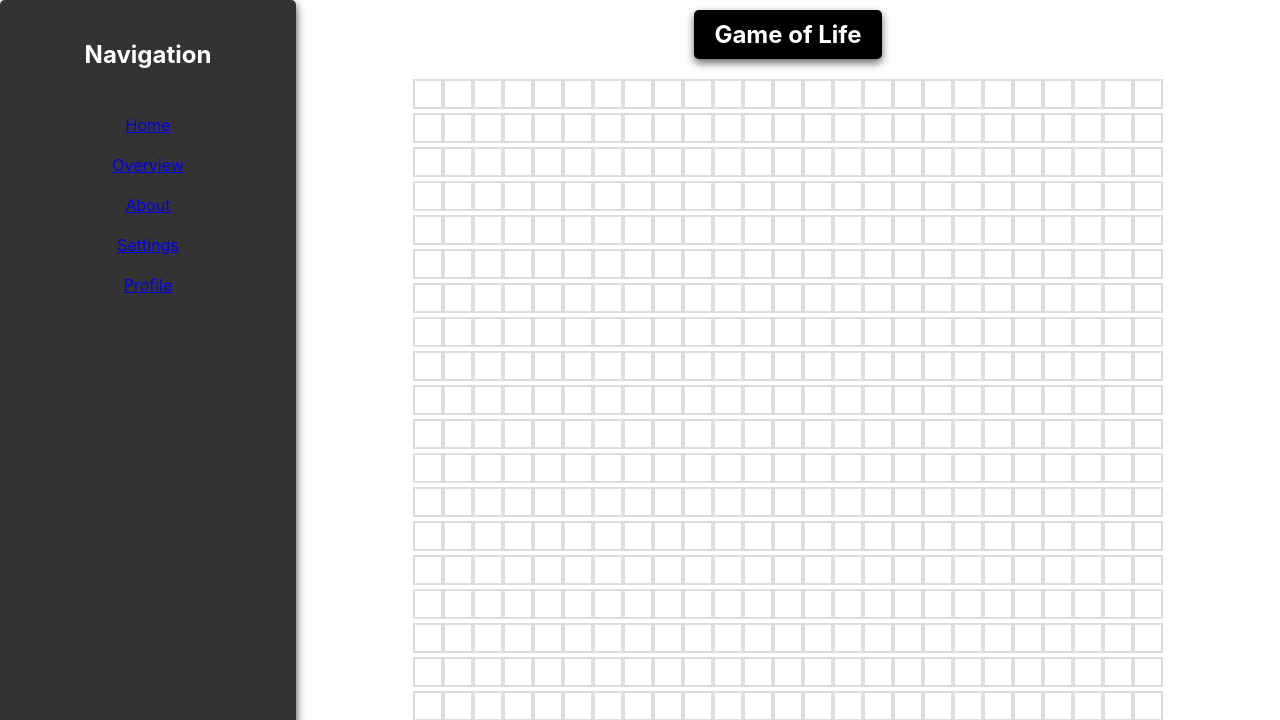
Repository: MarioDiekmann/GameOfLife
Page: /
These files come from the project's save history. The page is drawn as it stood at one moment and after the next save; the edit follows.
The browser window is 1280 px wide. The pictures show the whole page.
An inner scrolling area shows only its first screen. The project was rebuilt for these pictures with package versions that can differ from the ones it lists, and the page was loaded fresh each time. Also part of the build but not shown: src/components/InputForm.js, src/components/LoadPatternForm.js, src/components/RegistrationForm.js, src/components/LoginForm.js, src/pages/Overview.js.

Above is the page before, as saved 2024-11-06 22:51:42.

### src/App.js
import React from 'react';
import { BrowserRouter as Router, Route, Routes } from 'react-router-dom';
import Game from './components/Game';
import Overview from './pages/Overview';
import './App.css';
import {AuthProvider} from './AuthContext';


function App() {
  return (
    <AuthProvider>
    <Router>
      <div className="App">
        <Routes>
          <Route path="/" element={<Game/>} />
          <Route path="/Overview" element={<Overview/>} />
        </Routes>
      </div>
    </Router>
    </AuthProvider>
  );
}

export default App;

### src/components/Game.js
import React, { useState, useEffect, useCallback, useRef, useContext } from "react";
import Cell from "./Cell";
import axios from "axios";
import InputForm from "./InputForm";
import './Game.css';
import NavBar from "./NavBar";
import LoadPatternForm from "./LoadPatternForm";
import RegistrationForm from "./RegistrationForm";
import LoginForm from "./LoginForm";
import { AuthContext } from '../AuthContext';

const Game = () => {
    const startingsize = 25;
    const [size, setSize] = useState(startingsize);
    const [epochs, setEpochs] = useState(0);
    const [isEvolving, setIsEvolving] = useState(false);
    const [initialPattern, setInitialPattern] = useState([]);
    const [numResizes, setNumResizes] = useState(0);


    const [isFormVisible, setIsFormVisible] = useState(false); // State to control form visibility
    const [patternRequested, setPatternRequested] = useState(false);
    const [registrationRequested, setRegistrationRequested] = useState(false);
    const [loginRequested, setLoginRequested] = useState(false);
    const initGrid = () => Array.from({ length: size }, () => Array(size).fill(false));
    const [grid, setGrid] = useState(initGrid());
    const [tokenPresent, setTokenPresent] = useState(false);

    const previousGridRef = useRef(grid); // Reference to hold the previous grid

    const { isTokenExpired, handleLogout, token } = useContext(AuthContext);

    useEffect(() => {
        if (isTokenExpired || !token) {
            setTokenPresent(false);
            if (isTokenExpired) {
                alert("Your session has expired. Please log in again.");
                handleLogout();
            }
        } else {
            setTokenPresent(true);
        }
    }, [isTokenExpired, token, handleLogout]);

    const toggleCellState = (row, col) => {
        setGrid(prevGrid => {
            const newGrid = prevGrid.map((r, i) =>
                r.map((cell, j) => (i === row && j === col ? !cell : cell))
            );
            return newGrid;
        });
    };

    const resetGrid = () => {
        setIsEvolving(false);
        setEpochs(0);
        setSize(prevSize => {
            const newGrid = Array.from({ length: startingsize }, () => Array(startingsize).fill(false));
            setGrid(newGrid);
            setInitialPattern(newGrid);
            setNumResizes(0);
            return startingsize;
        });
    };

    const renderGrid = () => {
        return grid.map((row, rowIndex) => (
            <div key={rowIndex} className="row">
                {row.map((cell, colIndex) => (
                    <Cell
                        key={`${rowIndex}-${colIndex}`}
                        isAlive={cell}
                        onClick={() => toggleCellState(rowIndex, colIndex)}
                        numResizes = {numResizes}
                    />
                ))}
            </div>
        ));
    };

    const countNeighboursAlive = useCallback((row, col) => {
        let count = 0;
        for (let i = row - 1; i <= row + 1; i++) {
            for (let j = col - 1; j <= col + 1; j++) {
                if ((i >= 0 && i < size) && (j >= 0 && j < size) && !(i === row && j === col)) {
                    count += grid[i][j] ? 1 : 0;
                }
            }
        }
        return count;
    }, [grid, size]);

    const updateGrid = useCallback(() => {
        let newGrid = grid.map((row, rowIndex) =>
            row.map((cell, colIndex) => {
                const gridCount = countNeighboursAlive(rowIndex, colIndex);
                return cell ? gridCount === 2 || gridCount === 3 : gridCount === 3;
            })
        );
        setGrid(newGrid);
        return newGrid;
    }, [countNeighboursAlive, grid]);

    const saveInitialPattern = () => {
        const deepCopy = grid.map(row => row.slice());
        setInitialPattern(deepCopy); // Save current grid as the initial pattern
    };

    const checkEdges = useCallback(() => {
        const indicesAlive = [];
        // Check upper, right, lower, and left edges
        for (let col = 0; col < size - 2; col++) {
            if (grid[0][col] && grid[0][col + 1] && grid[0][col + 2]) {
                indicesAlive.push([0, col + 1]);
                indicesAlive.push([-1, col + 1]);
            }
        }
        for (let row = 0; row < size - 2; row++) {
            if (grid[row][size - 1] && grid[row + 1][size - 1] && grid[row + 2][size - 1]) {
                indicesAlive.push([row + 1, size - 1]);
                indicesAlive.push([row + 1, size]);
            }
        }
        for (let col = size - 1; col > 1; col--) {
            if (grid[size - 1][col] && grid[size - 1][col - 1] && grid[size - 1][col - 2]) {
                indicesAlive.push([size - 1, col - 1]);
                indicesAlive.push([size, col - 1]);
            }
        }
        for (let row = size - 1; row > 1; row--) {
            if (grid[row][0] && grid[row - 1][0] && grid[row - 2][0]) {
                indicesAlive.push([row - 1, 0]);
                indicesAlive.push([row - 1, -1]);
            }
        }
        return indicesAlive;
    }, [grid, size]);

    const expandGrid = useCallback((indicesAlive) => {
        setGrid(prevGrid => {
            const newSize = 2 * size; // Double the size
            setNumResizes(prev => prev + 1);
            const newGrid = Array.from({ length: newSize }, () => Array(newSize).fill(false));

            // Calculate the offset to center the old grid in the new one
            const rowOffset = Math.floor((newSize - size) / 2);
            const colOffset = Math.floor((newSize - size) / 2);

            // Copy the existing grid to the center of the new grid
            for (let row = 0; row < size; row++) {
                for (let col = 0; col < size; col++) {
                    if (prevGrid[row][col]) {
                        newGrid[row + rowOffset][col + colOffset] = true; // Copy with offsets
                    }
                }
            }

            // Handle indicesAlive and place the alive cells correctly
            for (const [row, col] of indicesAlive) {
                let newRow = row;
                let newCol = col;

                // Adjust row and col if they are outside the original grid
                if (row === -1) newRow = rowOffset - 1;
                if (col === -1) newCol = colOffset - 1;

                newRow += rowOffset;
                newCol += colOffset;

                // Make sure the calculated newRow and newCol are within bounds
                if (newRow >= 0 && newRow < newSize && newCol >= 0 && newCol < newSize) {
                    newGrid[newRow][newCol] = true;  // Mark the cell as alive in the new grid
                }
            }

            setSize(newSize);  // Update size to the new expanded size
            return newGrid;
        });
    }, [size]);

    const runEpoch = useCallback(() => {
        const prevGrid = previousGridRef.current;
        const newGrid = updateGrid();

        const gridsAreEqual = prevGrid.every((row, i) =>
            row.every((cell, j) => cell === newGrid[i][j])
        );

        if (gridsAreEqual) {
            setIsEvolving(false);
            alert("You reached a stillstand");
            return true;
        }

        const indicesAlive = checkEdges(); // Check if we need to expand the grid
        if (indicesAlive.length !== 0) {
            expandGrid(indicesAlive);
        }

        setEpochs(prevEpochs => prevEpochs + 1);
        previousGridRef.current = newGrid;
        return false;
    }, [checkEdges, expandGrid, updateGrid]);

    useEffect(() => {
        if (!isEvolving) return;

        const maxEpochs = 1000;
        let updatedEpochs = 0;

        const interval = setInterval(() => {
            if (updatedEpochs < maxEpochs) {
                const stillstand = runEpoch();
                if (stillstand) {
                    clearInterval(interval);
                }
                updatedEpochs++;
            } else {
                setIsEvolving(false);
                clearInterval(interval);
            }
        }, 2000);

        return () => clearInterval(interval);
    }, [isEvolving, runEpoch]);

    const startEvolution = () => {
        previousGridRef.current = grid;
        saveInitialPattern();
        setIsEvolving(!isEvolving);

    };

    const stopEvolution = () => {
        previousGridRef.current = grid;
        setIsEvolving(!isEvolving);
    };

    const retrievePattern = (pattern)=>{
        initGrid();
        setGrid(pattern);
        setInitialPattern(pattern);
        setEpochs(0);
        setIsEvolving(false);
        setPatternRequested(false);
    }

    const closeForm = () => {
        setIsFormVisible(false); // Close the save pattern form
        setPatternRequested(false); // Close the retrieve pattern form
        setRegistrationRequested(false); // Close the registration form
        setLoginRequested(false); // Close the login form
    };

    const closeLogin = () => {
        setLoginRequested(false); // Close the login form
        window.location.reload();
    };

    const makeFormVisible = () => {
        saveInitialPattern();                                       //now does it work wiout start evolution???
        setIsFormVisible(true); // Show the form to save pattern
    };

    const makeRequestVisible = () => {
        setPatternRequested(true); // Show the form to retrieve pattern
    };

    const makeRegistrationVisible = () => {
        setRegistrationRequested(true); // Show the form to register
    };

    const makeLoginVisible = () => {
        if(token){
            handleLogout();
        }
        else{
        setLoginRequested(true)}; // Show the form to log in

    };

    return (
        <div style={{ display: 'flex', height: '100vh' }}>
            <NavBar />
            <div style={{ flexGrow: 1, display: 'flex', flexDirection: 'column', alignItems: 'center' }}>
                <div className="banner">
                    <h1>Game of Life</h1>
                </div>
                <br />

                {renderGrid()}
                <div className="button-container">
    <button className="button" onClick={isEvolving ? stopEvolution : startEvolution}>
        {isEvolving ? "Stop Evolution" : "Start Evolution"}
    </button>
    <button className="button reset-btn" onClick={resetGrid}>Reset Grid</button>
    {/*<div>EPOCHS: {epochs}</div>*/}
    <button className="button" onClick={makeFormVisible} disabled={!tokenPresent}>Save Pattern</button>
    <button className="button" onClick={makeRequestVisible} disabled={!tokenPresent}> Retrieve Pattern</button>
    <button className="button" onClick={makeRegistrationVisible}>Register</button>
    <button className="button" onClick={makeLoginVisible}>{token ? "Logout" : "Login"}</button>
</div>


                {/* Show the form conditionally */}
                {isFormVisible && (
                    <div className="popup-overlay">
                        <div className="popup-content">
                            <InputForm pattern={initialPattern} onSubmit={closeForm} />
                        </div>
                    </div>
                )}
                {patternRequested && (
                    <div className="popup-overlay">
                        <div className="popup-content">
                            <LoadPatternForm onSubmit={closeForm} dataHandling={retrievePattern}  />
                        </div>
                    </div>
                )}
                {registrationRequested && (
                    <div className="popup-overlay">
                        <div className="popup-content">
                            <RegistrationForm onSubmit={closeForm} />
                        </div>
                    </div>
                )}
                {loginRequested && (
                    <div className="popup-overlay">
                        <div className="popup-content">
                            <LoginForm onSubmit={closeLogin} />
                        </div>
                    </div>
                )}
            </div>
        </div>
    );
};

export default Game;

### src/components/Cell.js
import React, { useEffect, useState } from 'react';
import './Cell.css';

const Cell = ({ isAlive, onClick, numResizes }) => {
  const [cellSize, setCellSize] = useState(0);

  useEffect(() => {
    // Update cell size based on screen width and height
    const updateCellSize = () => {
      const screenWidth = window.innerWidth;
      const screenHeight = window.innerHeight;

      // Calculate the number of cells that can fit horizontally and vertically
      const cellsPerRow = Math.floor(screenWidth / 30);
      const cellsPerColumn = Math.floor(screenHeight / 30);

      // Choose the smaller of the two values to ensure the grid fits within the screen
      const screenCellSize = Math.min(screenWidth / cellsPerRow, screenHeight / cellsPerColumn);

      // Apply resizing logic with numResizes
      const finalCellSize = screenCellSize / Math.pow(2, numResizes);

      setCellSize(finalCellSize);
    };

    // Call once on mount and whenever the window is resized
    updateCellSize();
    window.addEventListener('resize', updateCellSize);

    return () => {
      window.removeEventListener('resize', updateCellSize);
    };
  }, [numResizes]);

  return (
    <div
      className={`cell ${isAlive ? 'alive' : 'dead'}`}
      onClick={onClick}
      style={{
        width: `${cellSize}px`,
        height: `${cellSize}px`,
      }}
    ></div>
  );
};

export default Cell;

### src/components/Game.css
/* Ensures the Game component fills the viewport */
html, body {
    height: 100%;
    margin: 0;
    overflow: hidden;
}

#root, .Game-container {
    height: 100%;
    display: flex;
    flex-direction: column;
}

/* Center content and ensure full-screen fit */
.button-container {
    display: flex;
    justify-content: center;
    margin-top: 10px;
    flex-wrap: wrap;
}

/* Banner styling */
.banner {
    background-color: black;
    padding: 10px 20px;
    text-align: center;
    box-shadow: 0 4px 8px rgba(0, 0, 0, 0.6);
    border-radius: 5px;
    margin-top: 10px;
}

.banner h1 {
    color: white;
    font-size: 2.5em;
    text-shadow: 2px 2px 5px rgba(0, 0, 0, 0.8);
    margin: 0;
}

/* Button styling */
.button {
    background-color: black;
    color: white;
    padding: 10px 20px;
    border: none;
    border-radius: 5px;
    cursor: pointer;
    margin: 5px;
    text-shadow: 2px 2px 5px rgba(0, 0, 0, 0.8);
    transition: background-color 0.3s ease;
}

.button:hover {
    background-color: #333;
}

.button:disabled {
    background-color: #ccc;
    color: #666;
    cursor: not-allowed;
}

/* Overlay for modals */
.popup-overlay {
    position: fixed;
    top: 0;
    left: 0;
    width: 100vw;
    height: 100vh;
    background: rgba(0, 0, 0, 0.5);
    display: flex;
    justify-content: center;
    align-items: center;
    z-index: 1000;
}

.popup-content {
    background: white;
    padding: 20px;
    border-radius: 8px;
    box-shadow: 0 4px 8px rgba(0, 0, 0, 0.1);
    width: 300px;
}

/* Responsive adjustments */
@media (max-height: 600px) {
    .banner h1 {
        font-size: 2em;
    }
    .button {
        padding: 8px 16px;
        font-size: 0.9em;
    }
}

### src/components/NavBar.js
import React from 'react';
import { Link } from 'react-router-dom';
import './NavBar.css';

const NavBar = () => {
    const navItems = [
        { name: "Home", path: "/" },
        { name: "Overview", path: "/Overview" },
        { name: "About", path: "/about" },
        { name: "Settings", path: "/settings" },
        { name: "Profile", path: "/profile" },
    ];

    return (
        <div className="navbar">
            <h2>Navigation</h2>
            <ul>
                {navItems.map((item, index) => (
                    <li key={index}>
                        <Link to={item.path}>{item.name}</Link>
                    </li>
                ))}
            </ul>
        </div>
    );
};

export default NavBar;

### src/pages/Overview.css
/* Overview.css */
.overview-container {
    display: flex;
    height: 100vh;
}

.navbar {
    width: 20%;
    background-color: #333;
    color: #fff;
    display: flex;
    flex-direction: column;
    align-items: center;
    padding-top: 20px;
    min-height: 100%;
}

.content {
    flex: 1;
    display: flex;
    flex-direction: column;
    align-items: center;
    padding: 20px;
}

.banner h1 {
    color: white;
    font-size: 1.5em;
    text-shadow: 1px 1px 2px rgba(0, 0, 0, 0.5);
    margin: 0;
}

.text-content {
    margin-top: 20px;
    color: #333;
    text-align: center;
    font-size: 1.2em;
}

### src/components/Cell.css
.cell {
  display: inline-flex; /* Align cells next to each other */
  border: 2px solid #ddd;
  box-sizing: border-box; /* Ensure padding and border are included in width/height */
  transition: background-color 0.3s;
}

.cell.alive {
  background-color: black; /* Green for living cells */
}

.cell.dead {
  background-color: white; /* Red for dead cells */
}

### src/components/NavBar.css
.navbar {
    background-color: black;            /* Black background */
    color: white;                       /* White text color */
    padding: 20px;                      /* Padding around the content */
    width: 200px;                       /* Set width for the navbar */
    box-shadow: 0 4px 10px rgba(0, 0, 0, 0.8); /* Add shadow */
    border-radius: 5px;                /* Rounded corners */
    height: 100%;                       /* Full height */
}

.navbar h2 {
    text-align: center;                 /* Center header text */
    margin-bottom: 20px;                /* Space below the header */
}

/* Other styles remain unchanged */


.navbar ul {
    list-style-type: none;              /* Remove default list styles */
    padding: 0;                         /* Remove padding */
}

.navbar li {
    padding: 10px;                      /* Padding for each item */
    cursor: pointer;                    /* Pointer cursor on hover */
    text-align: center;                 /* Center text */
    transition: background-color 0.3s;  /* Smooth background change */
}

.navbar li:hover {
    background-color: #444;             /* Change background on hover */
}

Loaded but not shown: public/index.html (common file); src/index.js (common file); src/index.css (common file); src/reportWebVitals.js (common file); src/App.css (common file); src/AuthContext.js (83 lines, source omitted)

After the next save:
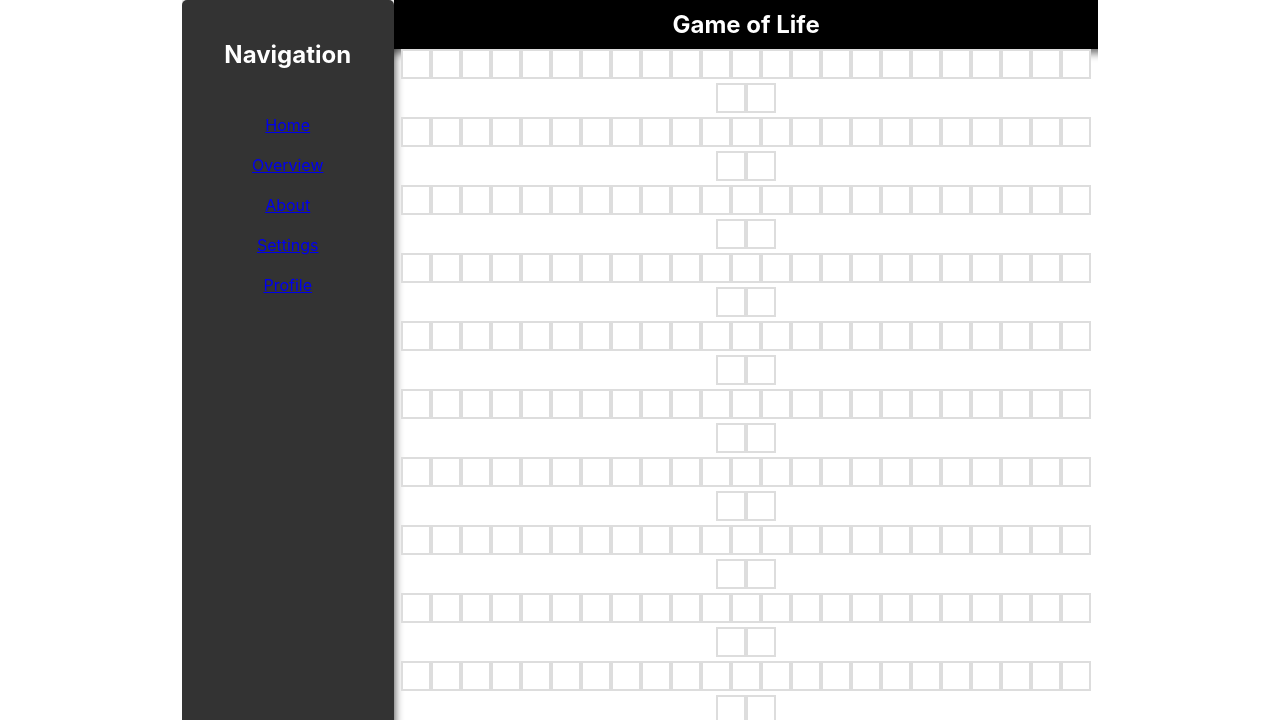
Saved 4 min 6 s later.
--- a/src/components/Game.js
+++ b/src/components/Game.js
@@ -282,27 +282,25 @@ const Game = () => {
     return (
         <div style={{ display: 'flex', height: '100vh' }}>
             <NavBar />
-            <div style={{ flexGrow: 1, display: 'flex', flexDirection: 'column', alignItems: 'center' }}>
+            <div style={{ flexGrow: 1, display: 'flex', flexDirection: 'column', alignItems: 'center', overflow: 'auto' }}>
                 <div className="banner">
                     <h1>Game of Life</h1>
                 </div>
-                <br />
-
-                {renderGrid()}
-                <div className="button-container">
-    <button className="button" onClick={isEvolving ? stopEvolution : startEvolution}>
-        {isEvolving ? "Stop Evolution" : "Start Evolution"}
-    </button>
-    <button className="button reset-btn" onClick={resetGrid}>Reset Grid</button>
-    {/*<div>EPOCHS: {epochs}</div>*/}
-    <button className="button" onClick={makeFormVisible} disabled={!tokenPresent}>Save Pattern</button>
-    <button className="button" onClick={makeRequestVisible} disabled={!tokenPresent}> Retrieve Pattern</button>
-    <button className="button" onClick={makeRegistrationVisible}>Register</button>
-    <button className="button" onClick={makeLoginVisible}>{token ? "Logout" : "Login"}</button>
-</div>
-
-
-                {/* Show the form conditionally */}
+                <div style={{ display: 'flex', flexDirection: 'column', alignItems: 'center' }}>
+                    {renderGrid()}
+                    <div className="button-container">
+                        <button className="button" onClick={isEvolving ? stopEvolution : startEvolution}>
+                            {isEvolving ? "Stop Evolution" : "Start Evolution"}
+                        </button>
+                        <button className="button reset-btn" onClick={resetGrid}>Reset Grid</button>
+                        <button className="button" onClick={makeFormVisible} disabled={!tokenPresent}>Save Pattern</button>
+                        <button className="button" onClick={makeRequestVisible} disabled={!tokenPresent}>Retrieve Pattern</button>
+                        <button className="button" onClick={makeRegistrationVisible}>Register</button>
+                        <button className="button" onClick={makeLoginVisible}>{token ? "Logout" : "Login"}</button>
+                    </div>
+                </div>
+
+                {/* Conditional form popups */}
                 {isFormVisible && (
                     <div className="popup-overlay">
                         <div className="popup-content">
@@ -313,7 +311,7 @@ const Game = () => {
                 {patternRequested && (
                     <div className="popup-overlay">
                         <div className="popup-content">
-                            <LoadPatternForm onSubmit={closeForm} dataHandling={retrievePattern}  />
+                            <LoadPatternForm onSubmit={closeForm} dataHandling={retrievePattern} />
                         </div>
                     </div>
                 )}
@@ -334,6 +332,7 @@ const Game = () => {
             </div>
         </div>
     );
+
 };
 
 export default Game;
--- a/src/components/Game.css
+++ b/src/components/Game.css
@@ -1,42 +1,49 @@
-/* Ensures the Game component fills the viewport */
+/* Ensure the Game component fills the viewport */
 html, body {
     height: 100%;
     margin: 0;
     overflow: hidden;
+    display: flex;
+    justify-content: center;
+    align-items: center;
 }
 
-#root, .Game-container {
+#root {
     height: 100%;
+    width: 100%;
     display: flex;
     flex-direction: column;
+    justify-content: center;
+    align-items: center;
 }
 
-/* Center content and ensure full-screen fit */
+/* Center button container and keep it visible */
 .button-container {
     display: flex;
     justify-content: center;
     margin-top: 10px;
     flex-wrap: wrap;
+    max-width: 90%;
+    overflow: hidden;
 }
 
-/* Banner styling */
 .banner {
     background-color: black;
     padding: 10px 20px;
     text-align: center;
     box-shadow: 0 4px 8px rgba(0, 0, 0, 0.6);
     border-radius: 5px;
-    margin-top: 10px;
+    width: 100%;
+    max-width: 800px;
 }
 
 .banner h1 {
     color: white;
-    font-size: 2.5em;
+    font-size: 2em;
     text-shadow: 2px 2px 5px rgba(0, 0, 0, 0.8);
     margin: 0;
 }
 
-/* Button styling */
 .button {
     background-color: black;
     color: white;
@@ -46,7 +53,6 @@ html, body {
     cursor: pointer;
     margin: 5px;
     text-shadow: 2px 2px 5px rgba(0, 0, 0, 0.8);
-    transition: background-color 0.3s ease;
 }
 
 .button:hover {
@@ -80,14 +86,3 @@ html, body {
     box-shadow: 0 4px 8px rgba(0, 0, 0, 0.1);
     width: 300px;
 }
-
-/* Responsive adjustments */
-@media (max-height: 600px) {
-    .banner h1 {
-        font-size: 2em;
-    }
-    .button {
-        padding: 8px 16px;
-        font-size: 0.9em;
-    }
-}
